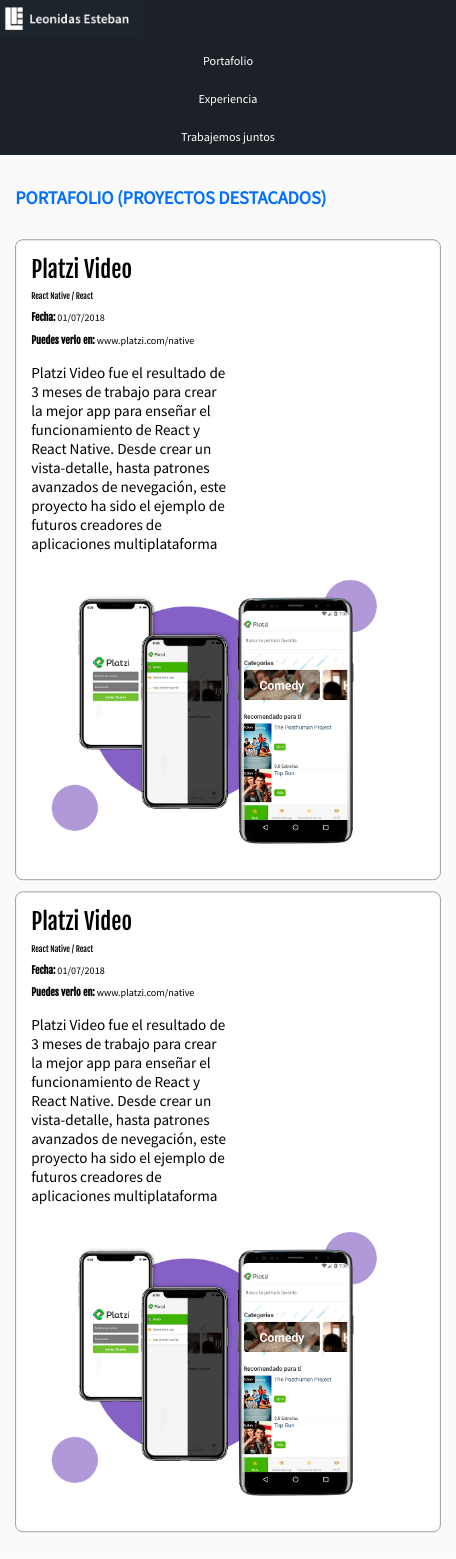
Repository: joseLozanoTamayo/web-desing
Page: desarrollo-web-portafolio/index.html
An editor plug-in stored every save of this project. The page is shown before and after the next save, followed by the edit.
The browser window is 600 px wide. The pictures show the whole page, at 76% of full size.

Above is the page before, as saved 2019-04-21 22:18:57.

### desarrollo-web-portafolio/index.html
<!DOCTYPE html>
<html lang="es">
  <head>
    <meta name="viewport" content="width=device-width, initial-scale=1" />
    <meta charset="UTF-8" />
    <title>Leonidas Esteban</title>
    <link rel="icon" type="image/png" href="images/favicon.png" />
    <link
      href="https://fonts.googleapis.com/css?family=Fjalla+One|Source+Sans+Pro"
      rel="stylesheet"
    />
    <link rel="stylesheet" href="css/estilos.css" />
  </head>
  <body>
    <header class="header">
      <div class="container">
        <figure class="logo">
          <img
            src="images/logo.png"
            height="50"
            alt="Logo de http://leonidasesteban.com"
          />
        </figure>
        <nav class="menu">
          <ol>
            <li>
              <a class="link" href="#portafolio">Portafolio</a>
            </li>
            <li>
              <a class="link" href="#eventos">Experiencia</a>
            </li>
            <li>
              <a class="link" href="#contacto">Trabajemos juntos</a>
            </li>
          </ol>
        </nav>
      </div>
    </header>
    <!-- <section class="hero">
      <div class="container">
        <h1>
          Hola! Soy <strong>Leonidas Esteban</strong> <br />
          Desarrollador <strong>Javascript</strong> con <br />
          pasión por la <strong>enseñanza</strong>
        </h1>
        <img
          class="hero-image"
          src="images/hero.jpg"
          width="500"
          height="300"
          alt="imagen principal del sitio"
        />
      </div>
    </section> -->
    <section id="portafolio" class="portfolio">
      <div class="container">
        <h2>Portafolio (Proyectos Destacados)</h2>
        <article class="project">
          <div class="project-details">
            <h3 class="project-title">Platzi Video</h3>
            <h6 class="project-course">React Native / React</h6>
            <p class="project-date">
              <small><strong>Fecha:</strong> 01/07/2018</small>
            </p>
            <p class="project-url">
              <small
                ><strong>Puedes verlo en:</strong> www.platzi.com/native</small
              >
            </p>
            <p class="project-description">
              Platzi Video fue el resultado de 3 meses de trabajo para crear la
              mejor app para enseñar el funcionamiento de React y React Native.
              Desde crear un vista-detalle, hasta patrones avanzados de
              nevegación, este proyecto ha sido el ejemplo de futuros creadores
              de aplicaciones multiplataforma
            </p>
          </div>
          <figure class="project-imageContainer">
            <img
              class="project-image"
              width="500"
              src="images/platzi-video-react-native.png"
              alt="prouyecto del curso de React Native"
            />
          </figure>
        </article>
        <article class="project">
          <div class="project-details">
            <h3 class="project-title">Platzi Video</h3>
            <h6 class="project-course">React Native / React</h6>
            <p class="project-date">
              <small><strong>Fecha:</strong> 01/07/2018</small>
            </p>
            <p class="project-url">
              <small
                ><strong>Puedes verlo en:</strong> www.platzi.com/native</small
              >
            </p>
            <p class="project-description">
              Platzi Video fue el resultado de 3 meses de trabajo para crear la
              mejor app para enseñar el funcionamiento de React y React Native.
              Desde crear un vista-detalle, hasta patrones avanzados de
              nevegación, este proyecto ha sido el ejemplo de futuros creadores
              de aplicaciones multiplataforma
            </p>
          </div>
          <figure class="project-imageContainer">
            <img
              class="project-image"
              width="500"
              src="images/platzi-video-react-native.png"
              alt="prouyecto del curso de React Native"
            />
          </figure>
        </article>
      </div>
    </section>
    <!-- <div class="container">
      <h2 class="event-list-title">Más sobre mi experiencia</h2>
    </div>
    <section id="eventos" class="event-list">
      <div class="container">
        <article class="event">
          <figure class="event-imageContainer">
            <img class="event-image" src="images/platzi-conf.jpg" width="500" />
          </figure>
          <div class="event-detail">
            <h3 class="event-title">PlatziConf México 2018</h3>
            <p class="event-description">
              El evento más grande sobre gente que quiere aprender más de
              internet. En esté evento te comparto como tener una vida de
              constante aprendizaje.
            </p>
            <a
              class="event-url"
              href="https://www.youtube.com/watch?v=BIS7cWGgJg0"
              target="_blank"
              >Ver Plática</a
            >
          </div>
        </article>
        <article class="event">
          <figure class="event-imageContainer">
            <img class="event-image" src="images/platzi-conf.jpg" width="500" />
          </figure>
          <div class="event-detail">
            <h3 class="event-title">PlatziConf México 2018</h3>
            <p class="event-description">
              El evento más grande sobre gente que quiere aprender más de
              internet. En esté evento te comparto como tener una vida de
              constante aprendizaje.
            </p>
            <a
              class="event-url"
              href="https://www.youtube.com/watch?v=BIS7cWGgJg0"
              target="_blank"
              >Ver Plática</a
            >
          </div>
        </article>
        <article class="event">
          <figure class="event-imageContainer">
            <img class="event-image" src="images/platzi-conf.jpg" width="500" />
          </figure>
          <div class="event-detail">
            <h3 class="event-title">PlatziConf México 2018</h3>
            <p class="event-description">
              El evento más grande sobre gente que quiere aprender más de
              internet. En esté evento te comparto como tener una vida de
              constante aprendizaje.
            </p>
            <a
              class="event-url"
              href="https://www.youtube.com/watch?v=BIS7cWGgJg0"
              target="_blank"
              >Ver Plática</a
            >
          </div>
        </article>
        <article class="event">
          <figure class="event-imageContainer">
            <img class="event-image" src="images/platzi-conf.jpg" width="500" />
          </figure>
          <div class="event-detail">
            <h3 class="event-title">PlatziConf México 2018</h3>
            <p class="event-description">
              El evento más grande sobre gente que quiere aprender más de
              internet. En esté evento te comparto como tener una vida de
              constante aprendizaje.
            </p>
            <a
              class="event-url"
              href="https://www.youtube.com/watch?v=BIS7cWGgJg0"
              target="_blank"
              >Ver Plática</a
            >
          </div>
        </article>
      </div>
    </section>
    <section id="contacto" class="contact">
      <div class="container">
        <form action="/suscripcion/" class="form-email">
          <h3>¿Creamos algo juntos?</h3>
          <input type="text" placeholder="Déjame tu email" id="email" />
          <button>Enviar</button>
        </form>
        <div class="social">
          <a
            href="https://twitter.com/leonidasesteban"
            class="social-link twitter"
          ></a>
          <a
            href="https://facebook.com/leonidas.esteban"
            class="social-link facebook"
          ></a>
          <a
            href="https://github.com/leonidasesteban"
            class="social-link github"
          ></a>
          <a
            href="https://instagram.com/leonidasesteban"
            class="social-link instagram"
          ></a>
        </div>
      </div>
    </section>
    <footer class="footer">
      <div class="container">
        <div>
          <p>
            Curso de Desarrollo web online 2018
            <img src="images/platzi.png" width="80" alt="platzi" />
          </p>
        </div>
        <div>
          <p>
            Designed with by
            <a href="https://twitter.com/thespianartist">@thespianartist</a>
          </p>
        </div>
      </div>
    </footer> -->
  </body>
</html>

### desarrollo-web-portafolio/css/estilos.css
/* reglas
selectores
declaraciones
propiedades
valores */


/* seletor de etiqueta  header - section - article - nav */
/* header {
  background: pink;
  color: red
} */

/* selector descendente  */
/* body header div nav ol li a  */

/* selector de clase . */

/* .link */

/* selector de id # */
/* #portafolio */



/* gris oscuro = #1d252c */
/* gris claro = #626262 */
/* background gris = #1b2127 */
/* celeste = #026fff */

body {
  font-family: 'Source Sans Pro', sans-serif;
  margin: 0;
}

h1,
h2,
h3,
h4,
h5,
h6{
  font-family: 'Fjalla One', sans-serif;
  font-weight: normal;
  /* font-style: italic; */
}

h1 {
  font-size: 40px;
  line-height: 1.5;
  letter-spacing: -.2px;
  color: white;
  margin: 0;
  /* margin: 100px 150px 70px 30px; */
  /* text-transform: uppercase; */
  /* text-decoration: dashed; */
}
h1 strong {
  color: #026fff;
}
h2 {
  color: #026fff;
  text-transform: uppercase;
  font-family: 'Source Sans Pro', sans-serif;
  font-weight: bold;
  font-size: 24px;
  margin-bottom: 40px;
}

.hero {
  height: 300px;
  /* background-image: url('../images/hero.jpg'); */
  background-color: #1b2127;
  /* background-size: 500px 300px; */
  /* background-repeat: no-repeat; */
  /* background-position-x: right; */
  display: flex;
  align-items: center;
  justify-content: space-between;
  flex-wrap: wrap;
}

.hero-image{
  object-fit: cover;
}


.portfolio {
  background: #fafafa;
  padding: 20px;
  /* background: red; */
}

.project {
  /* border-top: 10px solid red;
  border-right: 10px solid green;
  border-left: 10px solid orange;
  border-bottom: 10px solid pink; */
  /* color: blue; */
  /* border-top-color: red;
  border-top-width: 15px;
  border-top-style: solid; */
  border: 1px solid gray;
  border-radius: 10px;
  /* border-top-left-radius: 50px;
  border-top-right-radius: 10px;
  border-bottom-left-radius: 10px;
  border-bottom-right-radius: 10px; */
  /* margin: 10px; */
  margin-bottom: 15px;
  /* margin-right
  margin-left
  margin-top */
  padding: 20px;
  background: white;
  display: flex;
  align-items: center;
  justify-content: space-between;
  flex-wrap: wrap;
}
.project-course,
.project-date,
.project-url {
  margin: 10px 0;
}
.project-description {
  font-size: 20px;
}
.project strong {
  font-family: 'Fjalla One', sans-serif;
}
/* .project-date {
  margin: 10px 0;
} */

.project-title {
  font-size: 30px;
  margin-top: 0;
  margin-bottom: 10px;
}


.project-details {
  width: 50%;
}

.project-imageContainer {
  width: 50%;
}

.header {
  background-color: #1b2127;
  color: white;
  display: flex;
  height: 70px;
  align-items: center;
  justify-content: space-between;
  flex-wrap: wrap;
}

ol,
ul {
  margin: 0;
  padding: 0;
  list-style: none;
}

figure {
  margin: 0;
}

.header a {
  color: white;
  text-decoration: none;
}
.menu {
  height: inherit;
}
.header ol {
  display: flex;
  height: inherit;
}
.header ol li {
  height: inherit;
}
.header a {
  display: flex;
  align-items: center;
  height: inherit;
  padding: 0 10px;
}

.flexbox {
  display: flex;
  /* flex-wrap: nowrap; */
  flex-wrap: wrap;
  /* flex-direction: column; */
}

.box {
  width: 50px;
  height: 50px;
  margin: 5px;
  border: 1px solid red;

  flex-shrink: 0;
}

.footer {
  color: white;
  background-color: #1b2127;
  display: flex;
  align-items: center;
  justify-content: space-between;
  flex-wrap: wrap;
}

.footer img {
  vertical-align: middle;
}

.footer a {
  color: white;
}

.event-list {
  display: flex;
  flex-wrap: wrap;
}
.event-list-title {
  margin-left: 20px;
}
.event {
  margin: 10px;
  width: 480px;
  flex-shrink: 0;
  border-radius: 10px;
  overflow: hidden;
  background: #f4fbff;
}
.event img {
  width: 480px;
  height: 200px;
  object-fit: cover;
}
.event-detail {
  margin: 20px 40px;
  margin-top: -40px;
  background-color: white;
  position: relative;
  padding: 20px;
  text-align: center;
}
.event-description {
  text-align: left;
}

.event-url {
  color: #056fff;
  border: 1px solid;
  padding: 5px 20px;
  text-decoration: none;
  border-radius: 5px;
}

.contact {
  background-color: #056fff;
  color: white;
  height: 150px;
  display: flex;
  align-items: center;
  justify-content: space-between;
  flex-wrap: wrap;
}

.social {
}

.social-link {
  display: inline-block;
  width: 50px;
  height: 50px;
  margin: 0 10px;
  background-size: 50px 50px;
}

.social-link.twitter {
  background-image: url('../images/twitter.svg');
}
.social-link.facebook {
  background-image: url('../images/facebook.svg');
}
.social-link.github {
  background-image: url('../images/github.svg');
}
.social-link.instagram {
  background-image: url('../images/instagram.svg');
}


.form-email input {
  border-color: gray;
  border-style: solid;
  border-radius: 5px;
  padding: 10px 20px 10px 25px;
  background-image: url('../images/envelope.svg');
  background-size: 15px 15px;
  background-repeat: no-repeat;
  background-position-y: center;
  background-position-x: 5px;
}

.form-email button {
  display: block;
  background: transparent;
  color: white;
  padding: 10px 0;
  border-radius: 5px;
  width: 100px;
  margin-top: 10px;
}

.form-email h3 {
  font-family: 'Source Sans Pro', sans-serif;
}

.container {
  /* border: 1px solid red; */
  max-width: 1000px;
  flex: 1;
  margin: 0 auto;
  display: inherit;
  justify-content: inherit;
  align-items: inherit;
  height: inherit;
  flex-wrap: inherit;
}

/* destop first que empieces desde MQ mas grande*/

@media screen and ( max-width: 1024px){
}

@media screen and (max-width: 767px) {
  .header {
    display: block;
    height: auto;
  }

  .header ol {
    display: block;
  }

  .header ol li {
    height: 50px;
  }

  .header a {
    justify-content: center;
  }

  .project {
    display: block;
  }
}

@media screen and ( max-width: 480px){
}

@media screen and ( max-width: 320px){
}

After the next save:
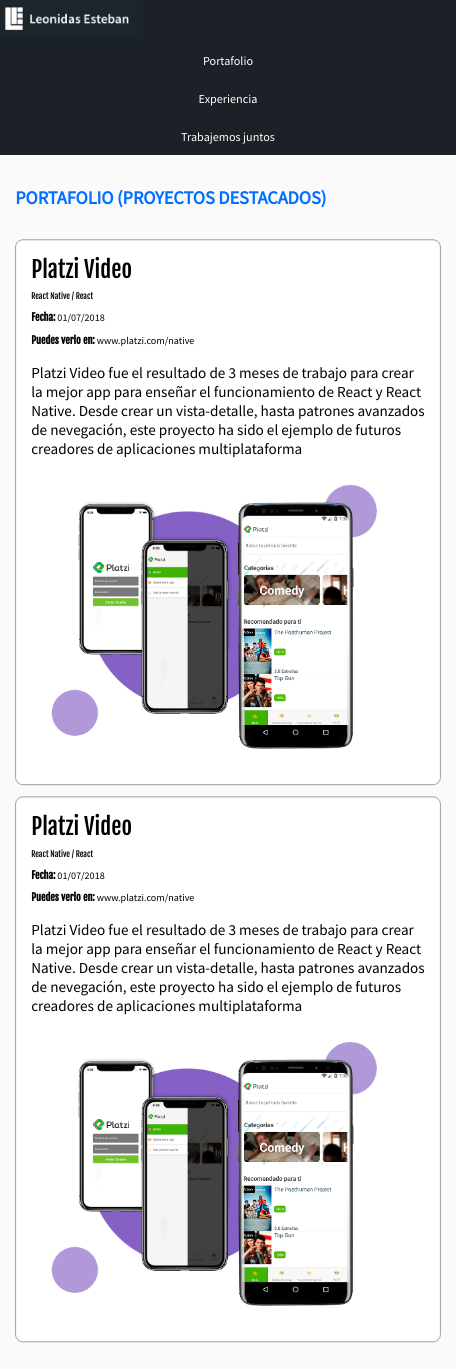
Saved 51 s later.
--- a/desarrollo-web-portafolio/css/estilos.css
+++ b/desarrollo-web-portafolio/css/estilos.css
@@ -361,6 +361,14 @@
   .project {
     display: block;
   }
+
+  .project-imageContainer {
+    width: auto;
+  }
+
+  .project-details {
+    width: auto;
+  }
 }
 
 @media screen and ( max-width: 480px){
